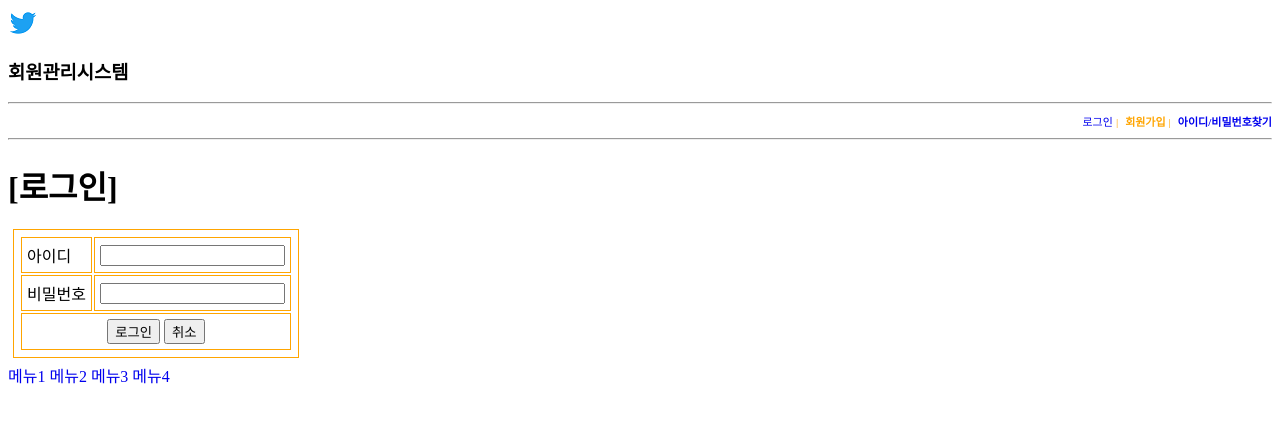
Repository: jelly02/workspace_web
Page: workspace_webui_LECTURE/04.css_basic/src/main/webapp/findMember.html
These files come from the project's save history. The page is drawn as it stood at one moment and after the next save; the edit follows.
The browser window is 1280 px wide. The pictures show the whole page.

Above is the page before, as saved 2021-06-28 05:09:35.

After the next save:
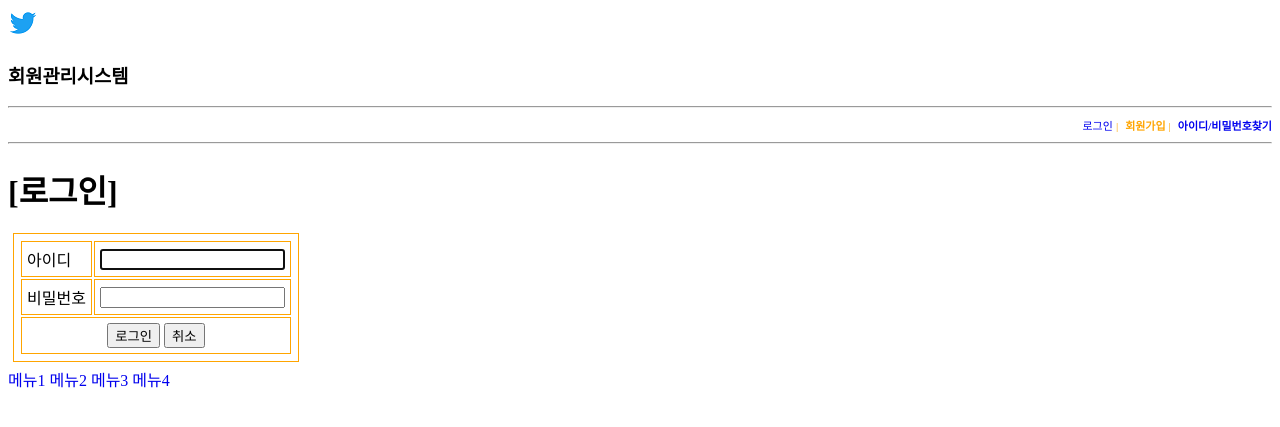
Saved 117 s later.
--- a/workspace_webui_LECTURE/04.css_basic/src/main/webapp/findMember.html
+++ b/workspace_webui_LECTURE/04.css_basic/src/main/webapp/findMember.html
@@ -1,4 +1,4 @@
-<!DOCTYPE html PUBLIC "-//W3C//DTD HTML 4.01 Transitional//EN" "http://www.w3.org/TR/html4/loose.dtd">
+<!DOCTYPE html>
 
 <html lang="ko">
 <head>
@@ -62,7 +62,7 @@
 	<!-- 아이디 -->
 	<tr>
 		<td>아이디</td>
-		<td><input type="text" name="memberId"></td>
+		<td><input type="text" name="memberId" autofocus="autofocus"></td>
 	</tr>
 
 	<!-- 비밀번호 -->
